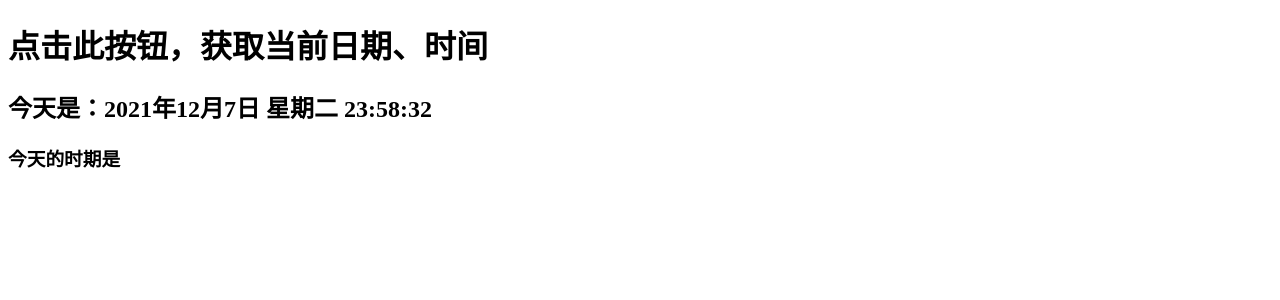
Repository: zhongmoumou/Codes
Page: 测试.html
An editor plug-in stored every save of this project. The page is shown before and after the next save, followed by the edit.
The browser window is 1280 px wide. The pictures show the whole page.
After loading, the first visible `#btn1` was clicked once.

Above is the page before, as saved 2021-12-08 00:12:23.

After the next save:
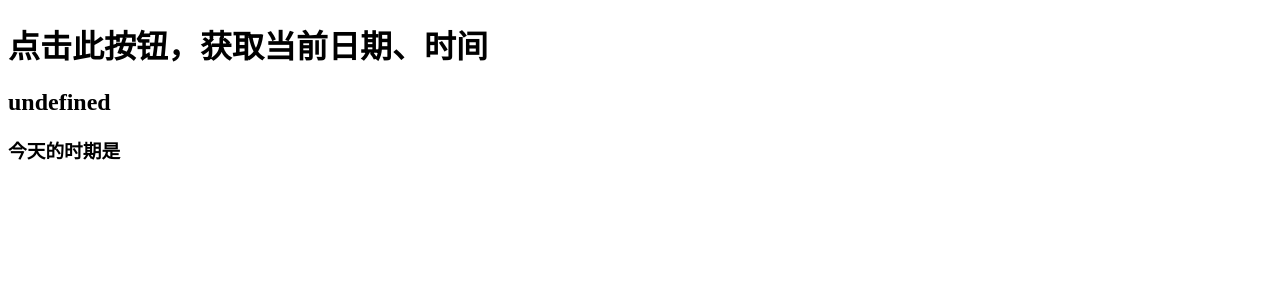
Saved 6 s later.
--- a/测试.html
+++ b/测试.html
@@ -18,7 +18,7 @@
 
     //确定事件类型、完成事件处理程序：
     btn1.onclick = function() {
-      btn2.innerText = getDate();
+      btn2.innerText = date();
     }
 
     function date() {
